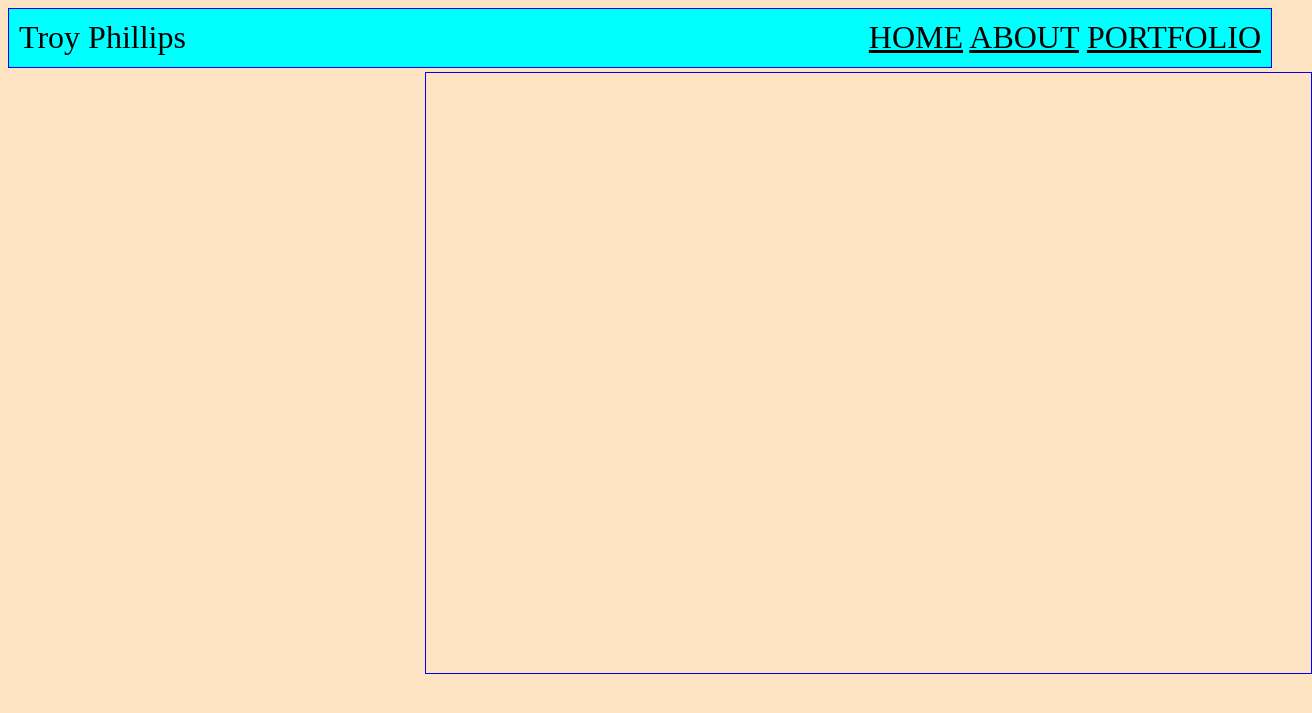
Repository: TheTroyPhillips/Personal-website
Page: portfolio.html
An editor plug-in stored every save of this project. The page is shown before and after a run of saves, followed by the edit.
The browser window is 1280 px wide. The page is 1312 px wide, then 1280 px, so the pictures cover 1312 px, including what lies to the right of the window. The pictures show the whole page.

Above is the page before, as saved 2023-09-10 22:31:48.

After the next 4 saves:
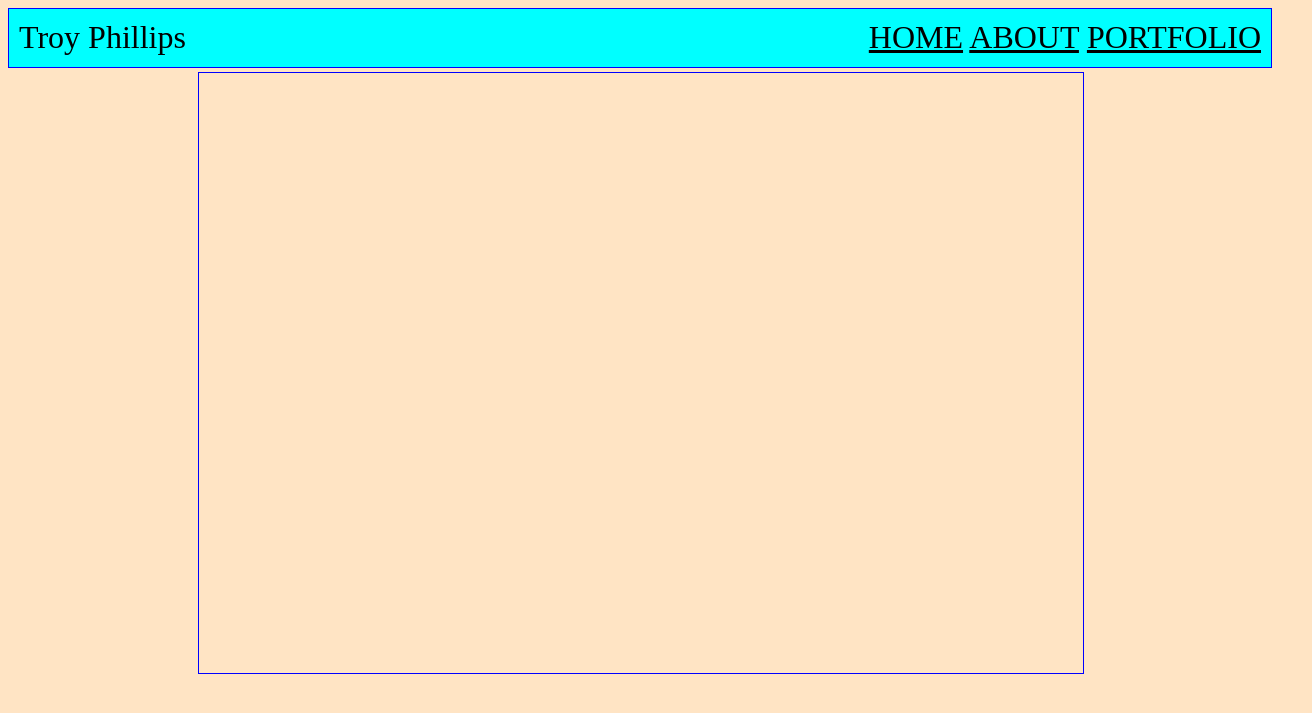
The 4 saves are shown as one change because they came seconds apart.
The last was saved 13 s later.
--- a/style.css
+++ b/style.css
@@ -51,5 +51,5 @@ h2{
     width: 70%;
     height: 600px;
     border: 1px solid blue;
-    margin-left: 33%
+    margin-left: 15%
 }
